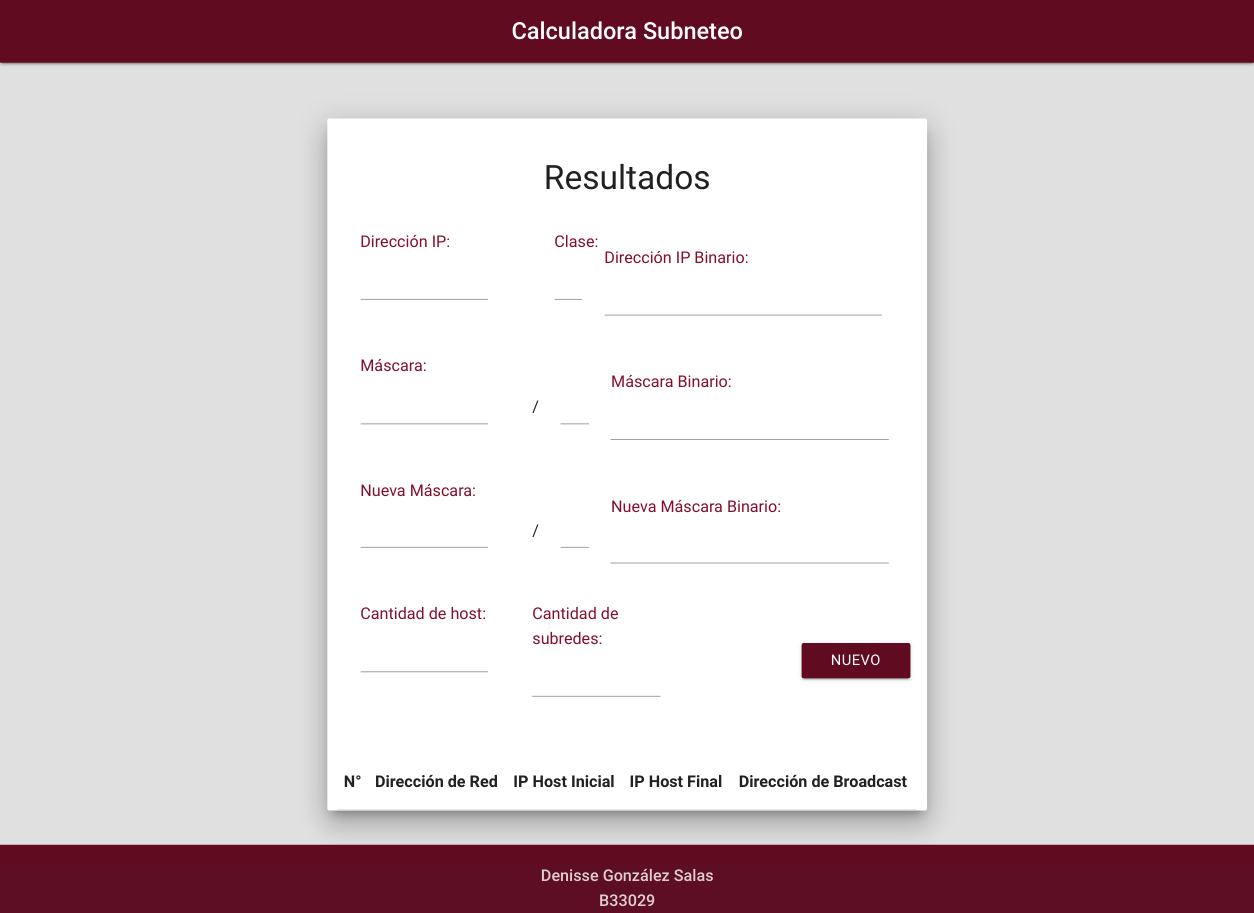
Repository: DenisseGS/Subnet-Calc
Page: resources/views/Resultado.blade.php
The author's editor kept a record of every edit. The page is drawn from the files as they stood at one moment, then again after the next edit.
The browser window is 1280 px wide. The pictures show the whole page, at 98% of full size.
Some web libraries are served in a nearby version. The page is served by the project's Laravel application, run on PHP 8.4 with Laravel 8. The template is opened directly, without the code that normally fills it, so the values that code supplies are empty.

Above is the page before.

After the next edit:
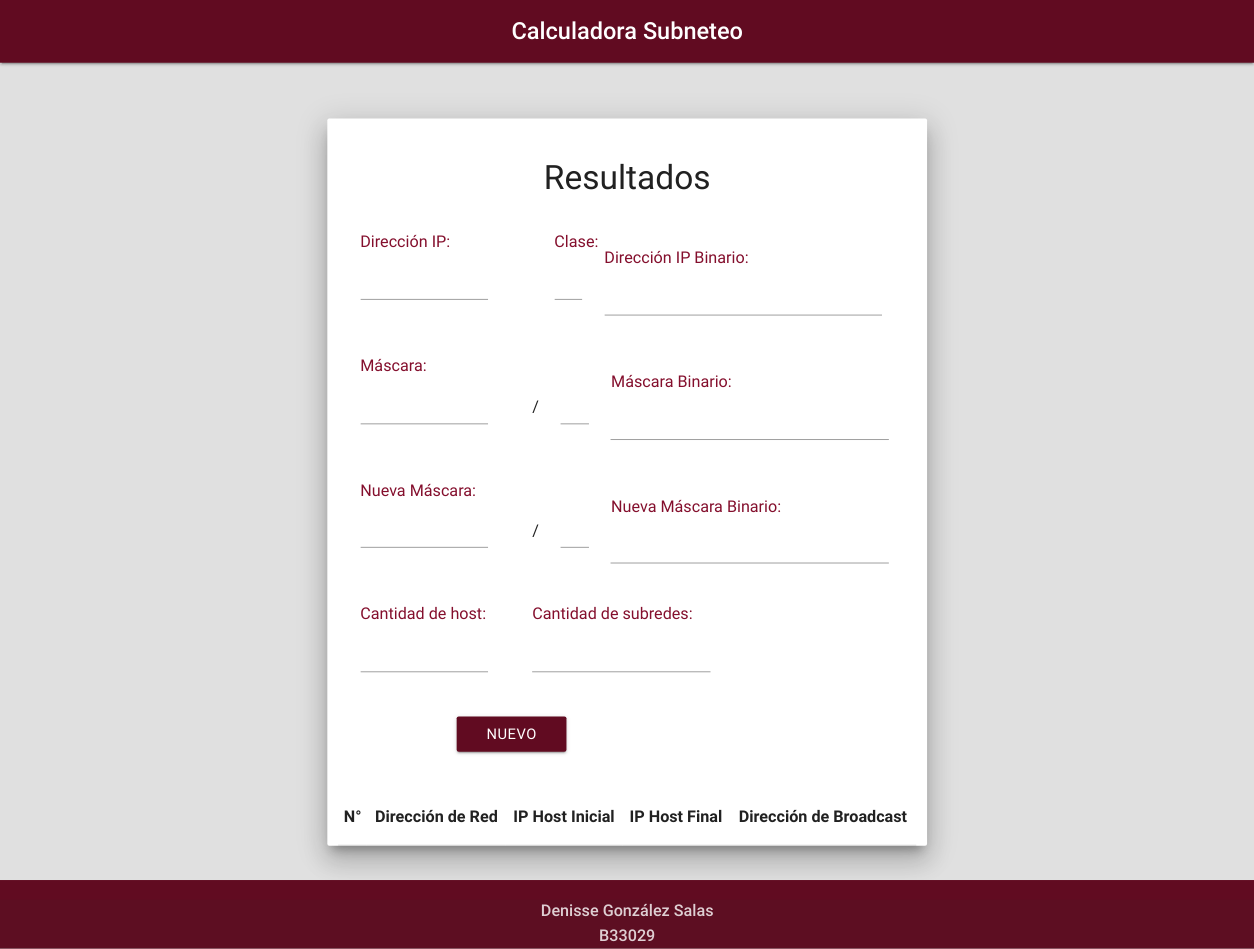
The edit:
--- a/resources/views/Resultado.blade.php
+++ b/resources/views/Resultado.blade.php
@@ -109,7 +109,7 @@
 
                         <div class="input-field col"></div>
 
-                         <div class="col s3">
+                         <div class="col s4">
                           <label for="subred">Cantidad de subredes: </label>
                           <input id="subred" name="subred" type="text" value="{{ $subredes }}" readonly=”readonly”>
                         </div>
